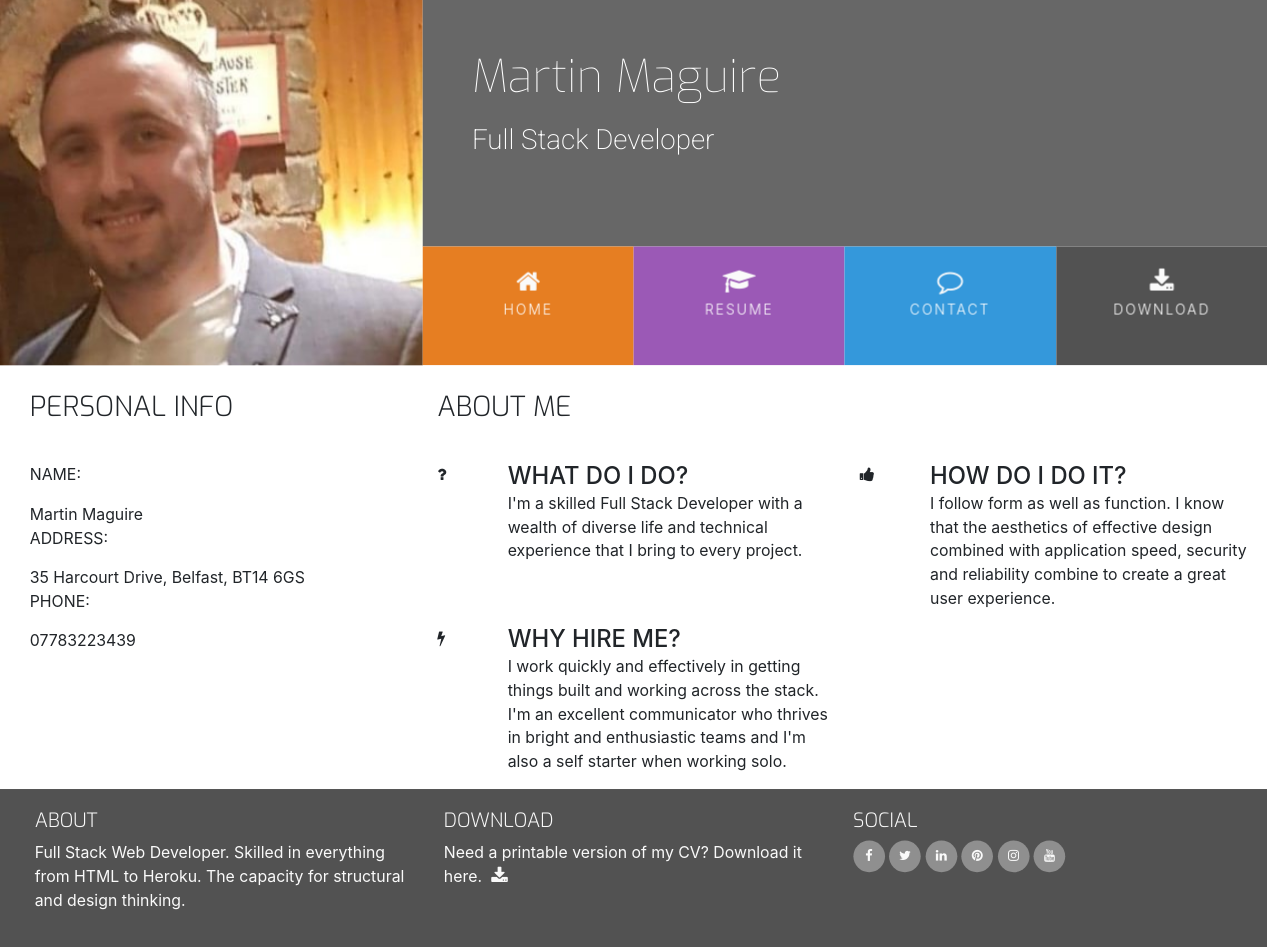
Repository: martinmaguire89/UCD-resume
Page: index.html
The author's editor kept a record of every edit. The page is drawn from the files as they stood at one moment, then again after the next edit.
The browser window is 1280 px wide. The pictures show the whole page, at 99% of full size.

Above is the page before.

### index.html
<!DOCTYPE html>
<html lang="en">

<head>
    <meta charset="UTF-8">
    <meta name="viewport" content="width=device-width, initial-scale=1.0">
    <meta http-equiv="X-UA-Compatible" content="ie=edge">
    <link rel="stylesheet" href="https://stackpath.bootstrapcdn.com/bootstrap/4.3.1/css/bootstrap.min.css" type="text/css" />
    <link rel="stylesheet" href="https://stackpath.bootstrapcdn.com/font-awesome/4.7.0/css/font-awesome.min.css" type="text/css" />
    <link rel="stylesheet" href="https://cdnjs.cloudflare.com/ajax/libs/hover.css/2.3.1/css/hover-min.css" type="text/css" />
    <link rel="stylesheet" href="assets/css/style.css" type="text/css" />
    <title>Martin</title>
</head>

<body>
    <header>
        <div class="row no-gutters">
            <a href="index.html" class="col-md-4 logo">

           </a>
            <div class="col-md-8">
                <div class="row no-gutters bg-color-name-title">
                    <div class="col heading">
                        <h1 class="name">Martin Maguire</h1>
                        <h2 class="title"> Full Stack Developer</h2>

                    </div>
                </div>
                <div class="row no-gutters">
                    <div class="col">
                        <ul id="nav" class="list-inline menucontainer">
                            <li class="col-6 col-sm-3 ui-menu-color-home list-inline-item menuitem">
                                <a href="#" class="hvr-sweep-to-bottom"><i class="fa fa-home" aria-hidden="true"></i><span>Home</span></a>
                            </li>
                            <li class="col-6 col-sm-3 ui-menu-color-resume list-inline-item menuitem">
                                <a href="#" class="hvr-sweep-to-bottom"><i class="fa fa-graduation-cap" aria-hidden="true"></i><span>Resume</span></a>
                            </li>
                            <li class="col-6 col-sm-3 ui-menu-color-contact list-inline-item menuitem">
                                <a href="#" class="hvr-sweep-to-bottom"><i class="fa fa-comment-o" aria-hidden="true"></i><span>Contact</span></a>
                            </li>
                            <li class="col-6 col-sm-3 ui-menu-color-download list-inline-item menuitem">
                                <a href="#" class="hvr-sweep-to-bottom"><i class="fa fa-download" aria-hidden="true"></i><span>Download</span></a>
                            </li>
                        </ul>
                    </div>
                </div>
            </div>

        </div>

    </header>
    <section class="container-fluid">
        <div class="row">
            <div class="col-md-4 bg-color-personal-info section-column">
                <div class="row">
                    <div class="col-12">
                        <h3 class="section-heading uppercase">
                            Personal Info
                        </h3>
                    </div>
                </div>
                <div class="personal-info-item">
                    <div class="key">
                        <p class="uppercase">
                            Name:
                        </p>
                    </div>
                    <div class="value">
                        Martin Maguire
                    </div>
                </div>

                <div class="personal-info-item">
                    <div class="key">
                        <p class="uppercase">
                            Address:
                        </p>
                    </div>
                    <div class="value">
                        35 Harcourt Drive, Belfast, BT14 6GS
                    </div>
                </div>
                <div class="personal-info-item">
                    <div class="key">
                        <p class="uppercase">
                            Phone:
                        </p>
                    </div>
                    <div class="value">
                        07783223439
                    </div>
                </div>
            </div>
            <div class="col-md-8 bg-color-three-reasons">
                <div class="row">
                    <div class="col">
                        <h3 class="section-heading uppercase">About me</h3>
                    </div>
                </div>
                <div class="row">
                    <div class="col-10 offset-1 offset-sm-0 col-sm4 col-md-6">
                        <div class="row">
                            <div class="col-2">
                                <i class="three-reasons-icon fa fa-question" aria-hidden="true"></i>
                            </div>
                            <div class="col-10">
                                <h4 class="three-reasons-heading uppercase">what do I do?</h4>
                                <p>
                                    I'm a skilled Full Stack Developer with a wealth of diverse life and technical experience that I bring to every project.
                                </p>
                            </div>
                        </div>
                    </div>
                    <div class="col-10 offset-1 offset-sm-0 col-sm4 col-md-6">
                        <div class="row">
                            <div class="col-2">
                                <i class="three-reasons-icon fa fa-thumbs-up" aria-hidden="true"></i>
                            </div>
                            <div class="col-10">
                                <h4 class="three-reasons-heading uppercase">How do I do it?</h4>
                                <p>
                                    I follow form as well as function. I know that the aesthetics of effective design combined with application speed, security and reliability combine to create a great user experience.
                                </p>
                            </div>
                        </div>
                    </div>
                    <div class="col-10 offset-1 offset-sm-0 col-sm4 col-md-6">
                        <div class="row">
                            <div class="col-2">
                                <i class="three-reasons-icon fa fa-bolt" aria-hidden="true"></i>
                            </div>
                            <div class="col-10">
                                <h4 class="three-reasons-heading uppercase">why hire me?</h4>
                                <p>
                                    I work quickly and effectively in getting things built and working across the stack. I'm an excellent communicator who thrives in bright and enthusiastic teams and I'm also a self starter when working solo.
                                </p>
                            </div>
                        </div>
                    </div>
                </div>
            </div>
        </div>

    </section>
    <footer class="container-fluid">
        <div id="footer-details" class="row">
            <div class="col-sm-4">
                <h5 class="uppercase general-sub">About</h5>
                <p class="inline-block">
                    Full Stack Web Developer. Skilled in everything from HTML to Heroku. The capacity for structural and design thinking.
                </p>
            </div>
            <div class="col-sm-4">
                <h5 class="uppercase general-sub">Download</h5>
                <p class="inline-block">
                    Need a printable version of my CV? Download it here.
                    <a href="#" target="_blank" class="cv-pdf">
                        <i class="fa fa-download" aria-hidden="true"></i>
                        <span class="sr-only">Download link.</span>
                    </a>
                </p>
            </div>
            <div class="col-sm-4">
                <h5 class="uppercase general-sub">Social</h5>
                <ul class="list-inline social-links">
                    <li class="list-inline-item">
                        <a target="_blank" href="#">
                            <i class="fa fa-facebook" aria-hidden="true"></i>
                            <span class="sr-only">Facebook</span>
                        </a>
                    </li>
                    <li class="list-inline-item">
                        <a target="_blank" href="#">
                            <i class="fa fa-twitter" aria-hidden="true"></i>
                            <span class="sr-only">Twitter</span>
                        </a>
                    </li>
                    <li class="list-inline-item">
                        <a target="_blank" href="#">
                            <i class="fa fa-linkedin" aria-hidden="true"></i>
                            <span class="sr-only">LinkedIn</span>
                        </a>
                    </li>
                    <li class="list-inline-item">
                        <a target="_blank" href="#">
                            <i class="fa fa-pinterest" aria-hidden="true"></i>
                            <span class="sr-only">Pinterest</span>
                        </a>
                    </li>
                    <li class="list-inline-item">
                        <a target="_blank" href="#">
                            <i class="fa fa-instagram" aria-hidden="true"></i>
                            <span class="sr-only">Instagram</span>
                        </a>
                    </li>
                    <li class="list-inline-item">
                        <a target="_blank" href="#">
                            <i class="fa fa-youtube" aria-hidden="true"></i>
                            <span class="sr-only">YouTube</span>
                        </a>
                    </li>

                </ul>
            </div>

        </div>

    </footer>

</body>

</html>

### assets/css/style.css
@import url('https://fonts.googleapis.com/css?family=Roboto:100,200,300,400,500,600,700|Exo:100,200,300,400,500,600,700');

/*--------------------------------------------------colours */

.bg-color-name-title {
    background-color: #676767;
}

.bg-color-three-reasons{
    background-color: #fff;
}

.ui-menu-color-home {
    background-color: #e67e22;
}

.ui-menu-color-resume {
    background-color: #9b59b6;
}

.ui-menu-color-contact {
    background-color: #3498db;
}

.ui-menu-color-download {
    background-color: #525252;
}

/*--------------------------------------------------special paddings/margins/text */

h1,
h2,
h3,
h4 {
    margin: 0;
}

.uppercase {
    text-transform: uppercase;
}

.general-sub {
    font-family: "Exo", Sans-serif;
    font-weight: 300;
    color: #fafafa;

}
.inline-block {
    display: inline-block;
}

.row-table {
    display: table;

}

.section-column {
    display: table-cell;
    padding:0 30px 30px;
    float: none;
}

.section-heading {
    font-family: "Exo", sans-serif;
    font-weight: 300;
    margin-top: 25px;
    margin-bottom: 40px;
}

/*--------------------------------------------------heading */

header {
    Margin: 0;
}

.heading {
    margin-left: 50px;
}

.logo {
    background: url("../images/martin.jpg");
    background-position: center;
    background-repeat: no-repeat;
    background-size: cover;
    Min-height: 360px;
    transition: all .5s ease-in-out;
    -moz-transition: all .5s ease-in-out;
    -webkit-transition: all .5s ease-in-out;
}

.name {
    font-family: "Exo", sans-serif;
    font-weight: 100;
    font-size: 46px;
    margin-top: 50px;
    color: #fff;
}

.title {
    font-family: "roboto", sans-serif;
    font-weight: 200;
    font-size: 28px;
    margin-top: 20px;
    margin-bottom: 90px;
    color: #fff;
}

.list-inline-item:not(:last-child) {
    Margin: 0;
}

.menucontainer {
    font-size: 0;
}

#nav {
    margin: 0;
}

#nav li {
    font-size: 16px;
    padding: 0;
}

.menuitem {
    height: 120px;
    text-align: center;
    padding: 0;
}

.menuitem a {
    width: 100%;
    text-decoration: none;
    color: white;
    height: 120px;
}

.menuitem a i {
    padding-top: 22px;
    display: block;
    color: #fafafa;
    font-size: 26px;
}

.menuitem span {
    display: block;
    width: 100%;
    padding-top: 5px;
    text-align: center;
    text-transform: uppercase;
    font-size: 14px;
    font-weight: 300;
    letter-spacing: 2px;
}

/*--------------------------------------------------hover.css */

.hvr-sweep-to-bottom:before {
    background-color: rgba(0, 0, 0, 0.2);
    height: 120px;
}

footer {
    background-color: #525252;
    color: #fafafa;
    min-height: 120px;
    margin: 0;
}

.cv-pdf i {
    font-size: 18px;
    color: #fafafa;
    text-align: center;
    padding-left: 5px;
    transition: all 0.35s ease-in-out;
    -moz-transition: all 0.35s ease-in-out;
    -webkit-transition: all 0.35s ease-in-out;
    -o-transition: all 0.35s ease-in-out;
}

.cv-pdf i:hover {
    color: #e84610;
}

.social-links {
    padding-bottom: 15px;
}
.social-links li a i {

    width: 32px;
    height: 32px;
    padding: 12px 0;
    border-radius: 50%;
    font-size: 13px;
    line-height: 7px;
    text-align: center;
    color: #fafafa;
    background: #8f8f8f;
    transition: all 0.35s ease-in-out;
    -moz-transition: all 0.35s ease-in-out;
    -webkit-transition: all 0.35s ease-in-out;
    -o-transition: all 0.35s ease-in-out;
}

.social-links li a i:hover {
    background:#e84610;
}

#footer-details {
    padding: 20px;
}

After the next edit:
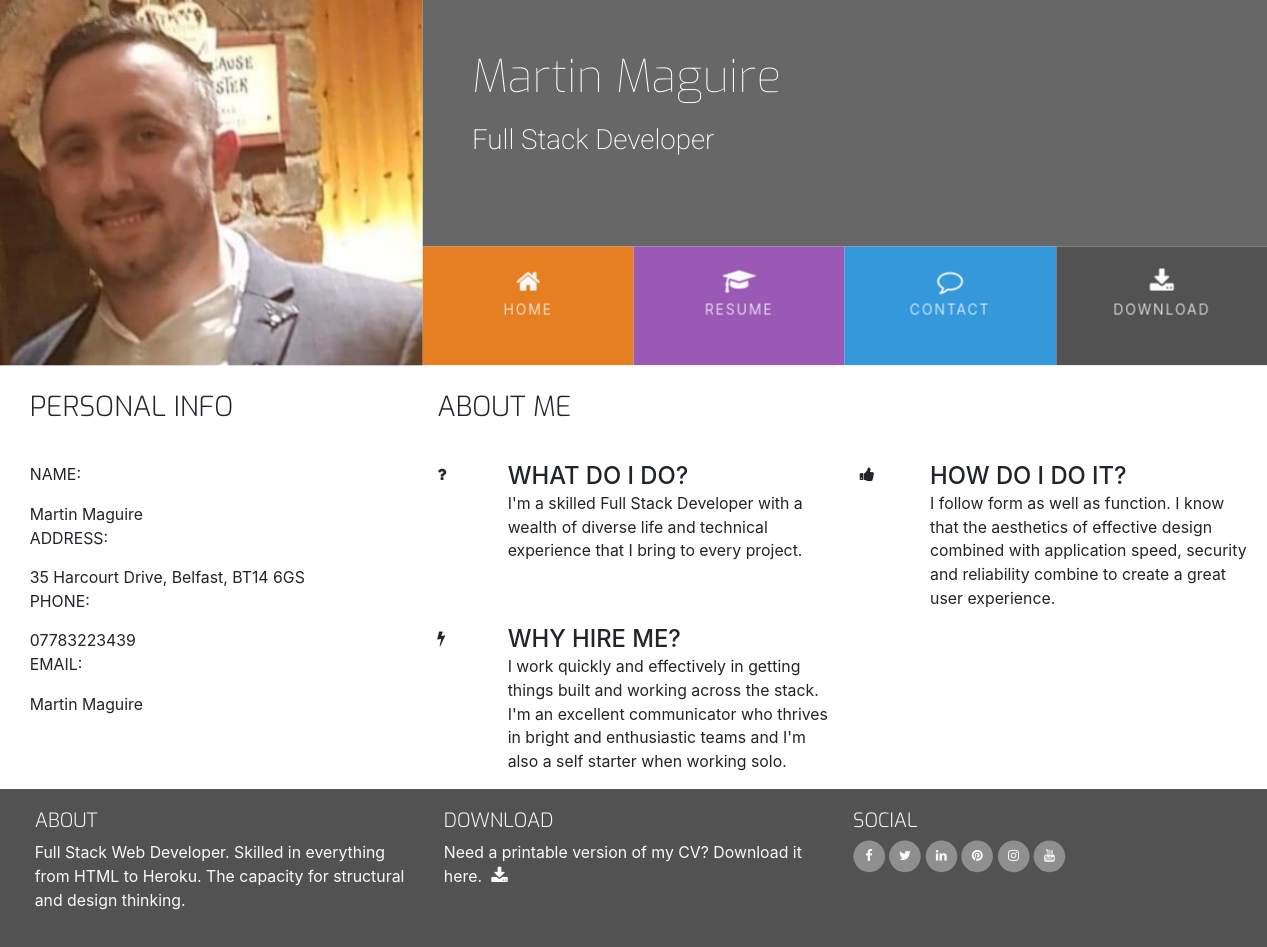
The edit:
--- a/index.html
+++ b/index.html
@@ -90,6 +90,16 @@
                         07783223439
                     </div>
                 </div>
+                <div class="personal-info-item">
+                    <div class="key">
+                        <p class="uppercase">
+                            Email:
+                        </p>
+                    </div>
+                    <div class="value">
+                        Martin Maguire
+                    </div>
+                </div>
             </div>
             <div class="col-md-8 bg-color-three-reasons">
                 <div class="row">
